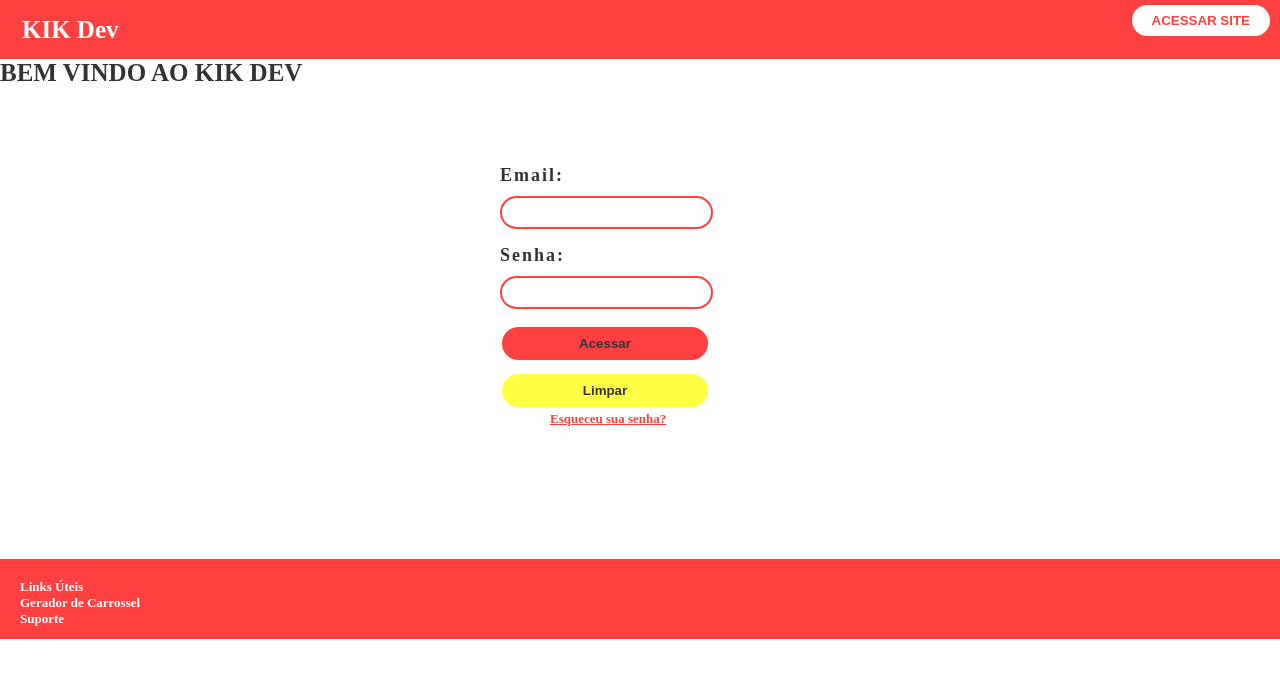
Repository: devgabrielvieira/kikdev
Page: index.html
These files come from the project's save history. The page is drawn as it stood at one moment and after the next save; the edit follows.
The browser window is 1280 px wide. The pictures show the whole page.

Above is the page before, as saved 2022-10-30 20:34:17.

### index.html
<!DOCTYPE html>
<html lang="pt-br">

<head>
    <meta charset="UTF-8">
    <meta http-equiv="X-UA-Compatible" content="IE=edge">
    <meta name="viewport" content="width=device-width, initial-scale=1.0">
    <link rel="shortcut icon" href="imagens/favicon.ico" type="image/x-icon">
    <link rel="stylesheet" href="style.css">
    <link rel="stylesheet" href="style-mobile.css">
    <script src="script_processo.js"></script>
    <title>KIK Dev</title>

</head>

<body id="pag_processos" onload="dimensaoTela()">

    <div class="header-index">
        <a href="#Default" class="logo">KIK Dev</a>

        <button type="submit" name="name" class="button-right"><strong>ACESSAR SITE</strong></a></button>

    </div>
    <div class="conteudo">
        <!--abrimos a div conteúdo-->

        <h3 style='margin-bottom: -300px';>BEM VINDO AO KIK DEV</h3>

        <div class="login">
            <label for="username">Email:</label>
            <input type="text" id="username" name="username">
            <label for="pass">Senha:</label>
            <input type="password" id="pass" name="password" minlength="8" required>
            <input class="btn-acessar" type="submit" value="Acessar">
            <input class="btn-limpar" type="reset" value="Limpar">
        </div>
        <a href="recuperar-senha.html" target="_self" rel="next" class="href">Esqueceu sua senha?</a>
    </div>
    <!--aqui fechamos a div conteudo-->

    <footer class="footer">
        <strong>
            <p>Links Úteis</p>
        </strong>
        <strong>
            <p>Gerador de Carrossel</p>
        </strong>
        <strong>
            <p>Suporte</p>
        </strong>
    </footer>

</body>

</html>

### style.css
@charset "UTF-8";

* {
  margin: 0;
  padding: 0;
}

html {
  margin: 0;
  padding: 0;
}

.header {
  overflow: hidden;
  background-color: #ff4040;
  padding: 20px 10px;
}

.header a {
  float: left;
  color: #fff;
  text-align: center;
  padding: 12px;
  text-decoration: none;
  font-size: 18px;
  line-height: 25px;
  border-radius: 4px;
}

.header a.logo {
  font-size: 25px;
  font-weight: bold;
}

.header a:hover {
  background-color: #ddd;
  color: #333333;
}

.header a.active {
  background-color: #d8d7d7;
  color: #fff;
}

.header-right {
  float: right;
}

.button-right {
  float: right;
  padding: 8px 20px;
  border: #d8d7d7;
  border-radius: 50px;
  color: #ff4040;
  background-color: #fff;
}

.header-index {
  overflow: hidden;
  background-color: #ff4040;
  padding: 5px 10px;
}

.header-index a {
  float: left;
  color: #fff;
  text-align: center;
  padding: 12px;
  text-decoration: none;
  font-size: 18px;
  line-height: 25px;
  border-radius: 4px;
}

.header-index a.logo {
  font-size: 25px;
  font-weight: bold;
}

.header-index a:hover {
  background-color: #ddd;
  color: #333333;
}

.header-index a.active {
  background-color: #d8d7d7;
  color: #fff;
}

.conteudo {
  width: 100%;
  height: 450px;
  overflow: hidden;
  background-color: #fff;
}

/* .conteudo img {
    width: 100%;
    background-color: #fff;
    margin: 2px 0 0 0;
    padding: 0;
    position: relative;
    height: 15.5rem;
} */

.footer {
  width: auto;
  background-color: #ff4040;
  padding: 20px 10px;
  position: relative;
  height: 2.5rem;
  bottom: -50px;
}

p {
  font-size: 13px;
  margin: 0 0 0 10px;
  float: none;
  overflow: hidden;
  color: #fff;
}

label {
  margin: 10px 50px 0 500px;
  display: block;
  letter-spacing: 2px;
  font-size: 18px;
  color: #333333;
  margin-bottom: 3px;
  font-weight: bold;
}

input[type="submit"],
label {
  margin: 10px 50px 0 500px;
  margin-top: 1rem;
  color: #333333;
}

input {
  margin: 10px 50px 0 500px;
  caret-color: #222;
  color: #333333;
  border: 2px solid #ff4040;
  border-radius: 36px;
  padding: 7px 15px;
  text-align: center;
  font-weight: bold;
}

input:hover {
  border: 2px solid #a0a0a0;
}

.login {
  margin: 80px 0 0 0;
  width: -100%;
}

.btn-acessar {
  margin: 10px 50px 0 500px;
  background: #ff4040;
  border: 2px solid #fff;
  padding: 9px 15px;
  width: 210px;
  max-width: 100%;
}

.btn-limpar {
  margin: 10px 50px 0 500px;
  background: #ff4;
  border: 2px solid #fff;
  padding: 9px 15px;
  width: 210px;
  max-width: 100%;
}

.href {
  margin: 10px 50px 0 500px;
  padding: 19px 50px;
  font-size: 13px;
  font-weight: bold;
  color: #ff4040;
  text-align: center;
  max-width: 100%;
}

h3 {
  font-size: 25px;
  width: 100%;
  display: inline-block;
  /* margin: 5px 0 auto 450px; */
  margin-top: px;
  color: #333333;
}

### style-mobile.css
@charset "UTF-8";

@media screen and (max-width: 1200px) {
  * {
    margin: 0;
    padding: 0;
  }

  html {
    margin: 0;
    padding: 0;
  }

  .header-index {
    overflow: hidden;
    background-color: #ff4040;
    padding: 10px 15px;
    height: 5.5rem;
    width: 100%;
  }

  .header a {
    float: none;
    display: block;
    text-align: left;
  }

  .header-index a {
    float: none;
    display: block;
    text-align: left;
  }

  .header-right {
    float: none;
  }

  .button-right {
    float: none;
  }

  .footer {
    float: none;
    bottom: -280px;
    overflow: hidden;
    padding: 10px 15px;
    height: 5.5rem;
    width: 100%;
  }

  /* .conteudo img {
        float: none;
        display: block;
        position: absolute;
        width: 100%;
        background-color: #fff;
        margin: 2px 0 0 0;
        height: 10rem;
    } */

  .login {
    width: 50%;
    display: inline-block;
  }

  label {
    margin-left: 50%;
    margin-bottom: 3px;
    display: block;
    letter-spacing: 2px;
    font-size: 18px;
    color: #333333;
    font-weight: bold;
  }

  input[type="submit"],
  label {
    margin-left: 50%;
    margin-top: 1rem;
    color: #333333;
  }

  input {
    margin-left: 50%;
    caret-color: #222;
    color: #333333;
    border: 2px solid #ff4040;
    border-radius: 36px;
    padding: 7px 15px;
    text-align: center;
    font-weight: bold;
  }

  input:hover {
    border: 2px solid #a0a0a0;
  }

  .href {
    margin-left: 30%;
    font-size: 13px;
    font-weight: bold;
    color: #ff4040;
    text-align: center;
    width: 100%;
    padding: 2rem;
  }

  .btn-acessar {
    margin-left: 50%;
    margin-right: 50%;
    background: #ff4040;
    border: 2px solid #fff;
    padding: 9px 15px;
    width: 210px;
    max-width: 100%;
  }

  .btn-limpar {
    margin-left: 50%;
    margin-right: 50%;
    background: #ff4;
    border: 2px solid #fff;
    padding: 9px 15px;
    width: 210px;
    max-width: 100%;
  }

  h3 {
    font-size: 25px;
    width: 100%;
    display: inline-block;
    margin-bottom: 0.5rem;
    margin-left: 15%;
    color: #333333;
  }
}

### script_processo.js
function dimensaoTela(){
    var heightTela = window.innerHeight;
    var widthTela = window.innerWidth;

    document.getElementById('pag_processos').style.minHeight = heightTela+'px';
}

After the next save:
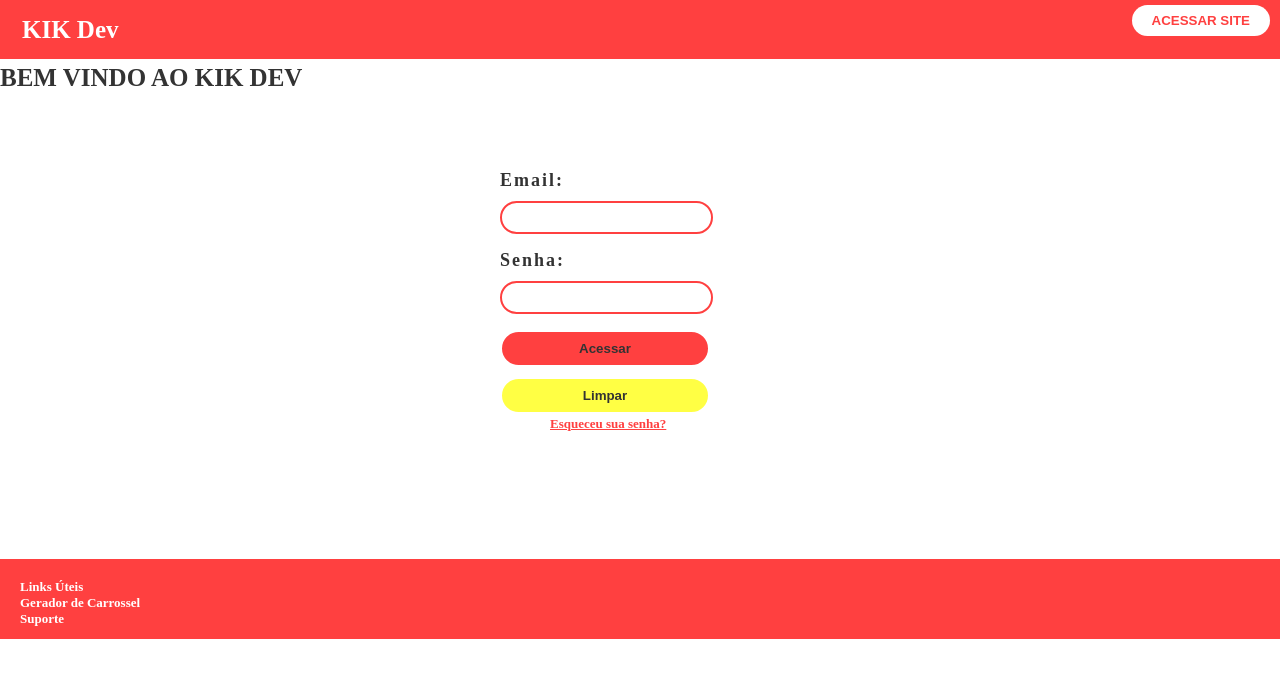
Saved 4 s later.
--- a/style.css
+++ b/style.css
@@ -190,6 +190,6 @@ h3 {
   width: 100%;
   display: inline-block;
   /* margin: 5px 0 auto 450px; */
-  margin-top: px;
+  margin-top: 5px;
   color: #333333;
 }
